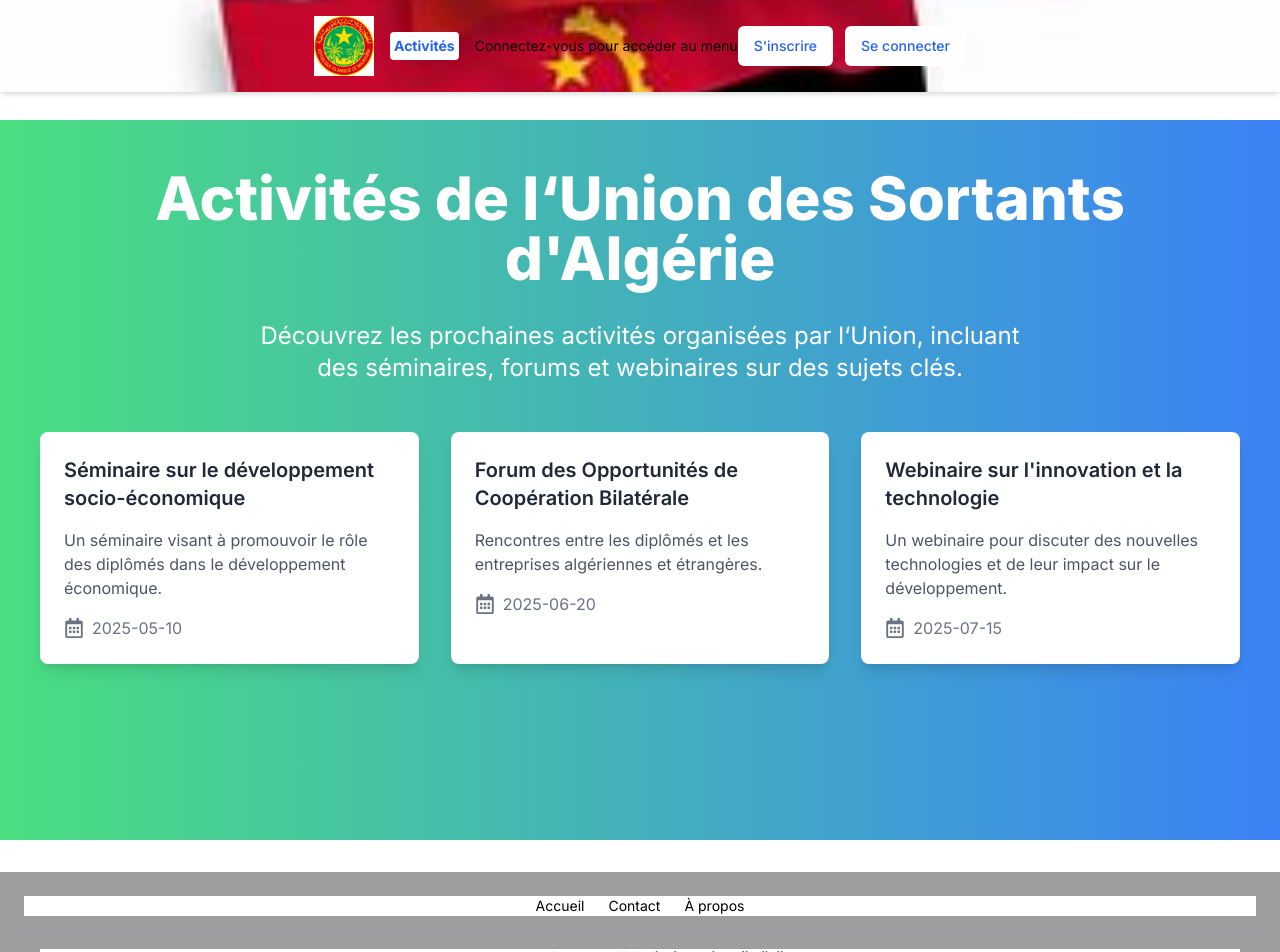
Repository: lamatmed/cmra
Page: /activites
The author's editor kept a copy of each file at every save. The page is drawn from the files as they stood at one save, then again after the next save.
The browser window is 1280 px wide. The pictures show the part of the page from y = 0 to 952 px (the page is 989 px tall before and 997 px after).
Pictures or frames that could not be fetched are drawn as grey boxes. The project was rebuilt for these pictures with package versions that can differ from the ones it lists, and the page was loaded fresh each time. The framework's server and built-in components were replaced by stand-ins that run in the browser. Also part of the build but not shown: next.config.js, components/ui/dropdown-menu.tsx.

Above is the page before, as saved 2025-04-12 19:26:28.

After the next save:
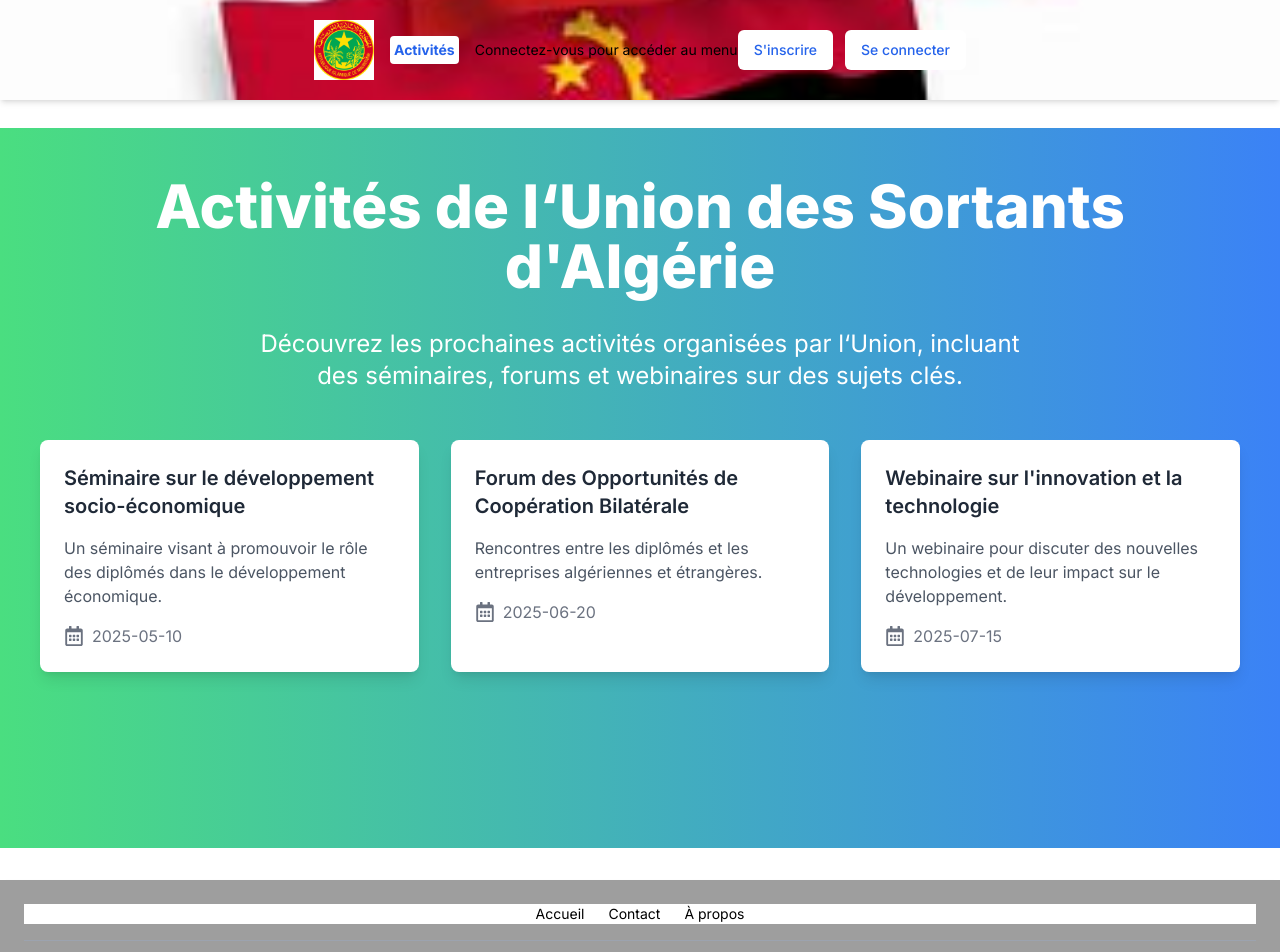
Saved 90 s later.
--- a/components/NavBar.tsx
+++ b/components/NavBar.tsx
@@ -36,7 +36,7 @@
         backgroundRepeat: "no-repeat",
         backgroundPosition: "center",
         backgroundSize: "cover",
-       // Hauteur totale de la fenêtre
+        height: "100px",
         display: "flex",
         justifyContent: "center",
         alignItems: "center",
